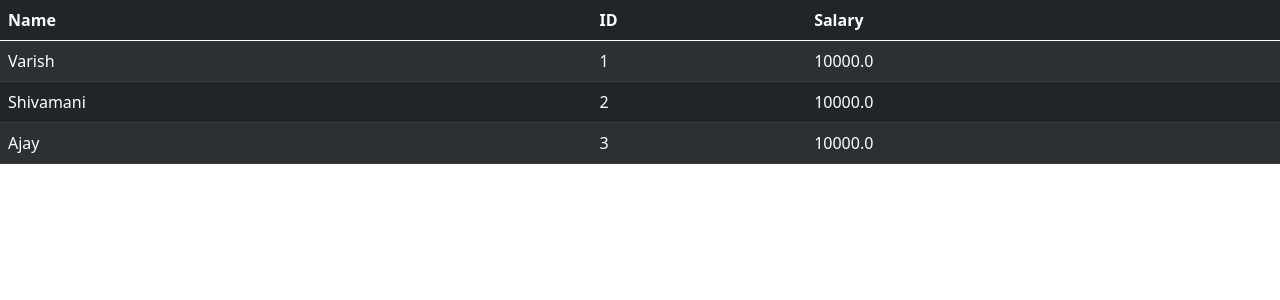
Repository: valletivarish/monojsp
Page: http://localhost/05-jsp-jstl-tags-demo/emp-jstl-forEach-demo.jsp
These files come from the project's save history. The page is drawn as it stood at one moment and after the next save; the edit follows.
The browser window is 1280 px wide. The pictures show the whole page.
The page is served by Tomcat 9.

Above is the page before, as saved 2024-07-15 08:20:09.

### 05-jsp-jstl-tags-demo/WebContent/emp-jstl-forEach-demo.jsp
<%@ page language="java" contentType="text/html; charset=ISO-8859-1"
    pageEncoding="ISO-8859-1"%>
<%@ taglib uri="http://java.sun.com/jsp/jstl/core" prefix="c"%>
<%@ taglib uri="http://java.sun.com/jsp/jstl/functions" prefix="fn"%>
<%@ page import="java.util.ArrayList" %>
<%@ page import="com.monocept.model.Employee" %>
<!DOCTYPE html>
<html>
<head>
<meta charset="ISO-8859-1">
<title>Employee List</title>
<link href="https://cdn.jsdelivr.net/npm/bootstrap@5.0.2/dist/css/bootstrap.min.css" rel="stylesheet" integrity="sha384-EVSTQN3/azprG1Anm3QDgpJLIm9Nao0Yz1ztcQTwFspd3yD65VohhpuuCOmLASjC" crossorigin="anonymous">
<script src="https://cdn.jsdelivr.net/npm/bootstrap@5.0.2/dist/js/bootstrap.bundle.min.js" integrity="sha384-MrcW6ZMFYlzcLA8Nl+NtUVF0sA7MsXsP1UyJoMp4YLEuNSfAP+JcXn/tWtIaxVXM" crossorigin="anonymous"></script>
</head>
<body>
    <%
        ArrayList<Employee> employees=new ArrayList<Employee>();
        employees.add(new Employee("Varish",1,10000.0));
        employees.add(new Employee("Shivamani",2,10000.0));
        employees.add(new Employee("Ajay",3,10000.0));
        pageContext.setAttribute("myEmployees", employees);
    %>
    <table class="table table-striped table-dark">
        <thead>
            <tr>
                <th>Name</th>
                <th>ID</th>
                <th>Salary</th>
            </tr>
        </thead>
        <tbody>
        <c:forEach var="emp" items="${myEmployees}">
            <tr>
                <td>${emp.name}</td>
                <td>${emp.id}</td>
                <td>${emp.salary}</td>
            </tr>
        </c:forEach>
        </tbody>
    </table>
</body>
</html>

### 05-jsp-jstl-tags-demo/src/com/monocept/model/Employee.java
package com.monocept.model;


public class Employee {
	private String name;
	private int id;
	private double salary;
	public Employee(String name, int id, double salary) {
		super();
		this.name = name;
		this.id = id;
		this.salary = salary;
	}
	public String getName() {
		return name;
	}
	public void setName(String name) {
		this.name = name;
	}
	public int getId() {
		return id;
	}
	public void setId(int id) {
		this.id = id;
	}
	public double getSalary() {
		return salary;
	}
	public void setSalary(double salary) {
		this.salary = salary;
	}
}

After the next save:
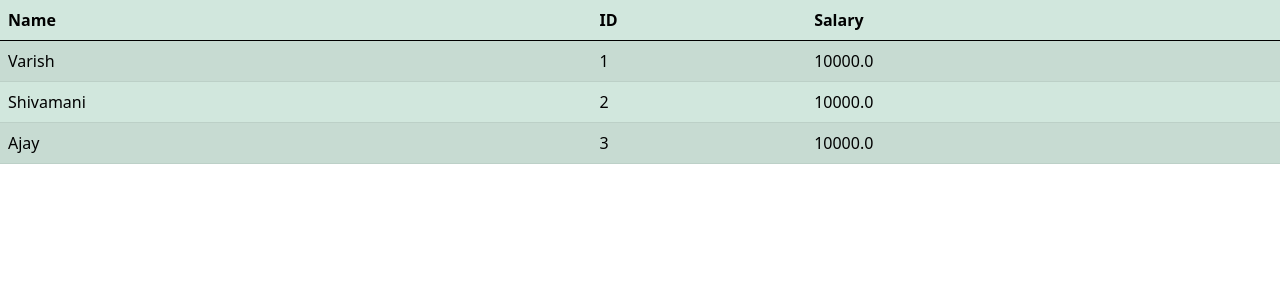
Saved 27 s later.
--- a/05-jsp-jstl-tags-demo/WebContent/emp-jstl-forEach-demo.jsp
+++ b/05-jsp-jstl-tags-demo/WebContent/emp-jstl-forEach-demo.jsp
@@ -20,7 +20,7 @@
         employees.add(new Employee("Ajay",3,10000.0));
         pageContext.setAttribute("myEmployees", employees);
     %>
-    <table class="table table-striped table-dark">
+    <table class="table table-striped table-success">
         <thead>
             <tr>
                 <th>Name</th>
